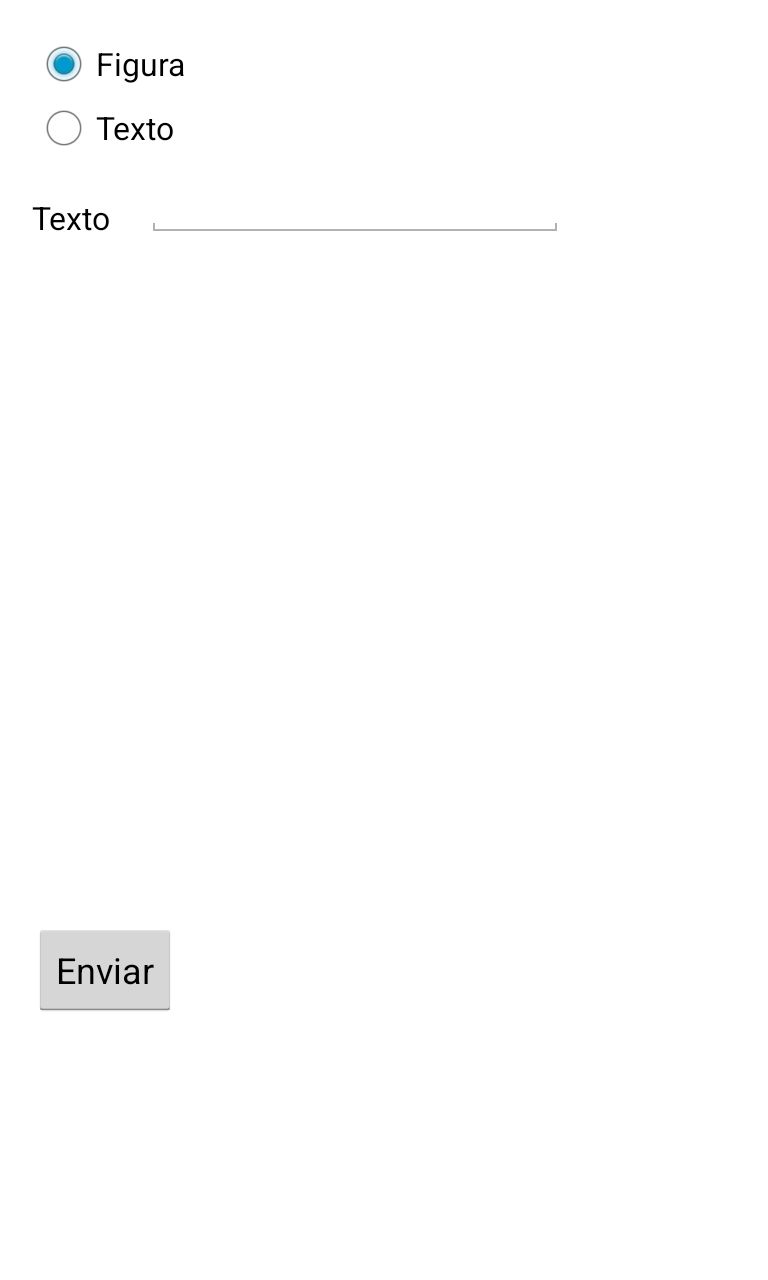
Repository: Anrai/android-app
Layout: Ejercicios/res/layout/activity_main.xml
These files come from the project's save history. The layout is drawn as it stood at one moment and after the next save; the edit follows.
It is drawn on a 768 x 1280 px phone screen (xhdpi) without system bars, with theme AppTheme; the app's code is not run. The app's manifest (not shown) leaves right-to-left support off. So textAlignment, textDirection and layoutDirection are ignored, and left and right values win over start and end ones.

Above is the layout before, as saved 2014-05-08 01:06:07.

After the next save:
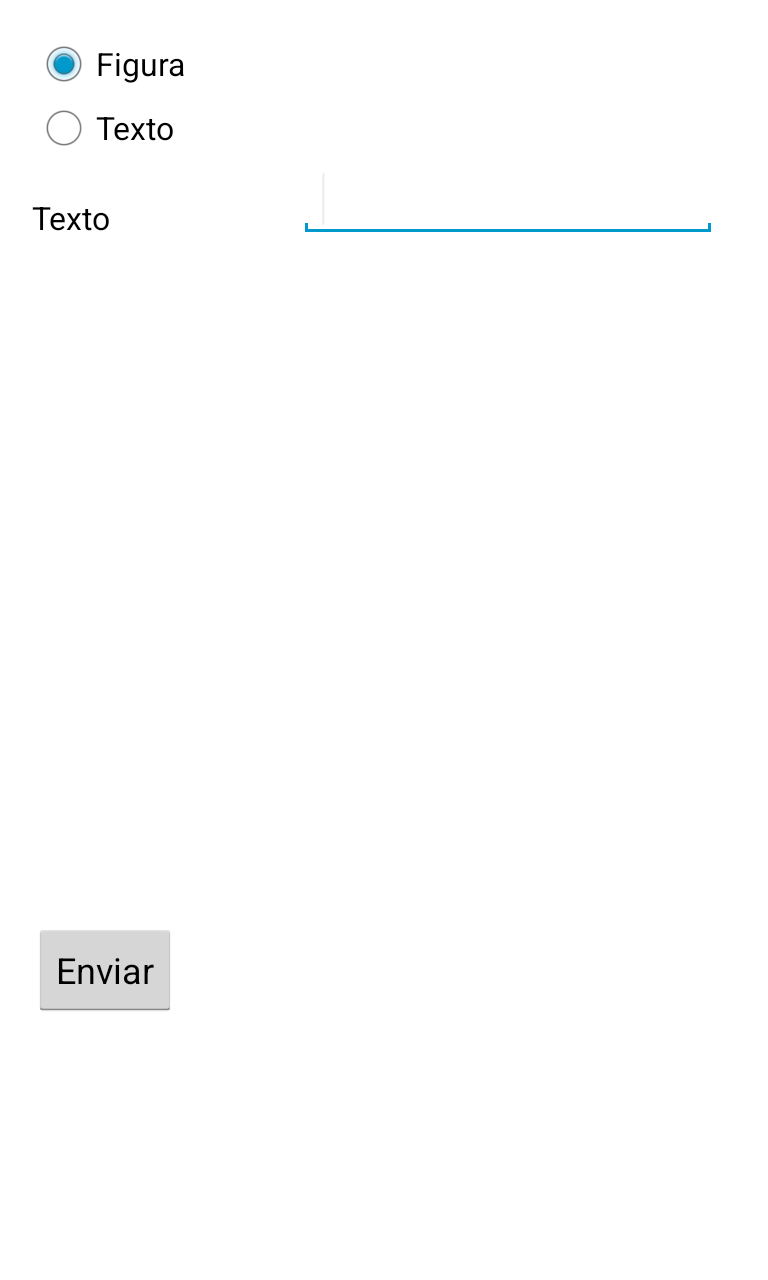
Saved 84 s later.
--- a/Ejercicios/res/layout/activity_main.xml
+++ b/Ejercicios/res/layout/activity_main.xml
@@ -38,21 +38,24 @@
             android:text="Texto" />
     </RadioGroup>
 
+    <EditText
+        android:id="@+id/textoEscrito"
+        android:layout_width="wrap_content"
+        android:layout_height="wrap_content"
+        android:layout_below="@+id/radioGroup1"
+        android:layout_marginLeft="56dp"
+        android:layout_toRightOf="@+id/radioGroup1"
+        android:ems="10" >
+
+        <requestFocus />
+    </EditText>
+
     <CheckedTextView
         android:id="@+id/checkedTextView1"
         android:layout_width="wrap_content"
         android:layout_height="wrap_content"
-        android:layout_alignBottom="@+id/texto"
+        android:layout_alignBottom="@+id/textoEscrito"
         android:layout_alignLeft="@+id/radioGroup1"
         android:text="Texto" />
 
-    <EditText
-        android:id="@+id/texto"
-        android:layout_width="wrap_content"
-        android:layout_height="wrap_content"
-        android:layout_below="@+id/radioGroup1"
-        android:layout_marginLeft="17dp"
-        android:layout_toRightOf="@+id/checkedTextView1"
-        android:ems="10" />
-
 </RelativeLayout>
